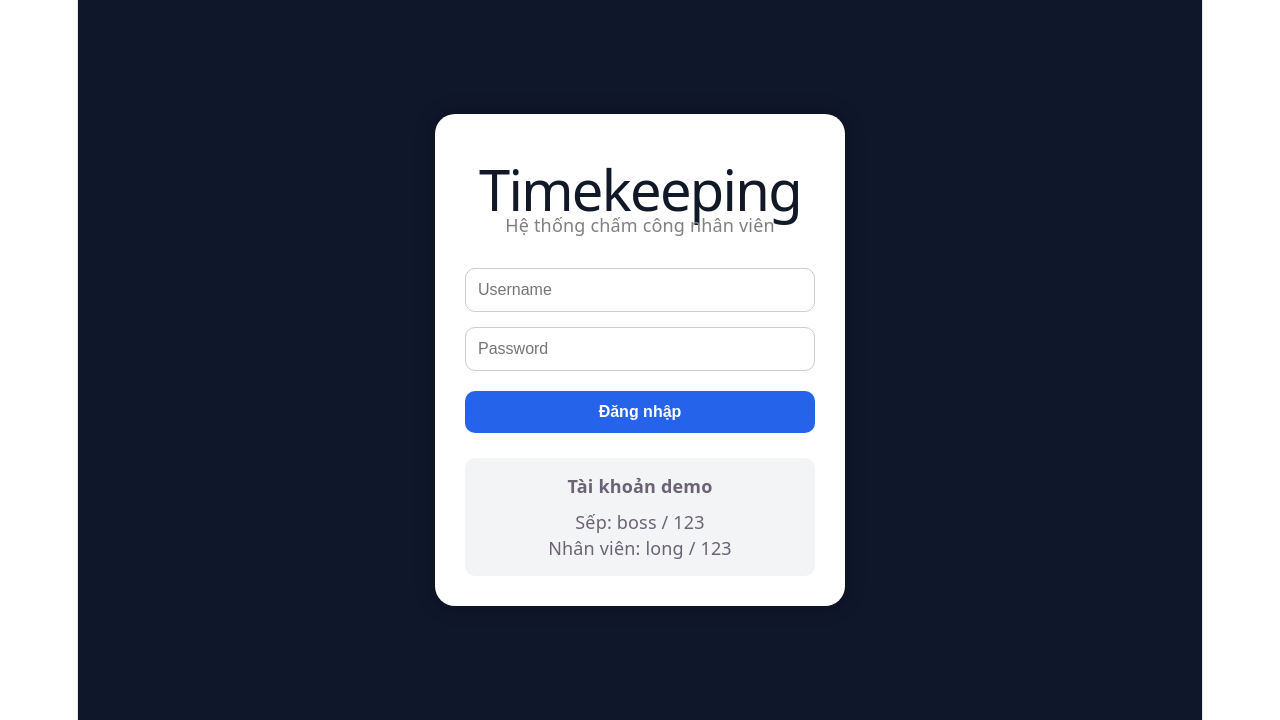
Repository: lgitacc01/timekeeping
Page: / (app in frontend/)
An editor plug-in stored every save of this project. The page is shown before and after the next save, followed by the edit.
The browser window is 1280 px wide. The pictures show the whole page.
The project was rebuilt for these pictures with package versions that can differ from the ones it lists, and the page was loaded fresh each time. Also part of the build but not shown: frontend/vite.config.js, frontend/src/pages/EmployeeDashboard.jsx, frontend/src/pages/ManagerDashboard.jsx.

Above is the page before, as saved 2026-05-25 22:28:54.

### frontend/src/index.css
:root {
  --text: #6b6375;
  --text-h: #08060d;
  --bg: #fff;
  --border: #e5e4e7;
  --code-bg: #f4f3ec;
  --accent: #aa3bff;
  --accent-bg: rgba(170, 59, 255, 0.1);
  --accent-border: rgba(170, 59, 255, 0.5);
  --social-bg: rgba(244, 243, 236, 0.5);
  --shadow:
    rgba(0, 0, 0, 0.1) 0 10px 15px -3px, rgba(0, 0, 0, 0.05) 0 4px 6px -2px;

  --sans: system-ui, 'Segoe UI', Roboto, sans-serif;
  --heading: system-ui, 'Segoe UI', Roboto, sans-serif;
  --mono: ui-monospace, Consolas, monospace;

  font: 18px/145% var(--sans);
  letter-spacing: 0.18px;
  color-scheme: light dark;
  color: var(--text);
  background: var(--bg);
  font-synthesis: none;
  text-rendering: optimizeLegibility;
  -webkit-font-smoothing: antialiased;
  -moz-osx-font-smoothing: grayscale;

  @media (max-width: 1024px) {
    font-size: 16px;
  }
}

@media (prefers-color-scheme: dark) {
  :root {
    --text: #9ca3af;
    --text-h: #f3f4f6;
    --bg: #16171d;
    --border: #2e303a;
    --code-bg: #1f2028;
    --accent: #c084fc;
    --accent-bg: rgba(192, 132, 252, 0.15);
    --accent-border: rgba(192, 132, 252, 0.5);
    --social-bg: rgba(47, 48, 58, 0.5);
    --shadow:
      rgba(0, 0, 0, 0.4) 0 10px 15px -3px, rgba(0, 0, 0, 0.25) 0 4px 6px -2px;
  }

  #social .button-icon {
    filter: invert(1) brightness(2);
  }
}

body {
  margin: 0;
}

#root {
  width: 1126px;
  max-width: 100%;
  margin: 0 auto;
  text-align: center;
  border-inline: 1px solid var(--border);
  min-height: 100svh;
  display: flex;
  flex-direction: column;
  box-sizing: border-box;
}

h1,
h2 {
  font-family: var(--heading);
  font-weight: 500;
  color: var(--text-h);
}

h1 {
  font-size: 56px;
  letter-spacing: -1.68px;
  margin: 32px 0;
  @media (max-width: 1024px) {
    font-size: 36px;
    margin: 20px 0;
  }
}
h2 {
  font-size: 24px;
  line-height: 118%;
  letter-spacing: -0.24px;
  margin: 0 0 8px;
  @media (max-width: 1024px) {
    font-size: 20px;
  }
}
p {
  margin: 0;
}

code,
.counter {
  font-family: var(--mono);
  display: inline-flex;
  border-radius: 4px;
  color: var(--text-h);
}

code {
  font-size: 15px;
  line-height: 135%;
  padding: 4px 8px;
  background: var(--code-bg);
}

### frontend/src/App.jsx
import { BrowserRouter, Routes, Route } from "react-router-dom"

import Login from "./pages/Login"
import EmployeeDashboard from "./pages/EmployeeDashboard"
import ManagerDashboard from "./pages/ManagerDashboard"

function App() {

  return (
    <BrowserRouter>

      <Routes>

        <Route
          path="/"
          element={<Login />}
        />

        <Route
          path="/employee"
          element={<EmployeeDashboard />}
        />

        <Route
          path="/manager"
          element={<ManagerDashboard />}
        />

      </Routes>

    </BrowserRouter>
  )
}

export default App

### frontend/src/pages/Login.jsx
import { useState } from "react"

import axios from "axios"

import { useNavigate } from "react-router-dom"

function Login() {

    const navigate = useNavigate()

    const [username, setUsername] = useState("")
    const [password, setPassword] = useState("")

    const handleLogin = async () => {

        try {

            const res = await axios.post(
                "http://localhost:5000/login",
                {
                    username,
                    password
                }
            )

            localStorage.setItem(
                "user",
                JSON.stringify(res.data.user)
            )

            if (res.data.user.role === "manager") {
                navigate("/manager")
            }
            else {
                navigate("/employee")
            }

        }
        catch (err) {
            alert(err.response.data.message)
        }
    }

    return (

        <div
            style={{
                minHeight: "100vh",
                display: "flex",
                justifyContent: "center",
                alignItems: "center",
                background: "#0f172a"
            }}
        >

            <div
                style={{
                    width: 350,
                    background: "white",
                    padding: 30,
                    borderRadius: 20,
                    boxShadow: "0px 0px 20px rgba(0,0,0,0.3)"
                }}
            >

                <h1
                    style={{
                        textAlign: "center",
                        marginBottom: 10,
                        color: "#111827"
                    }}
                >
                    Timekeeping
                </h1>

                <p
                    style={{
                        textAlign: "center",
                        color: "gray",
                        marginBottom: 30
                    }}
                >
                    Hệ thống chấm công nhân viên
                </p>

                <input
                    placeholder="Username"
                    value={username}
                    onChange={(e) => setUsername(e.target.value)}
                    style={{
                        width: "100%",
                        padding: 12,
                        marginBottom: 15,
                        borderRadius: 10,
                        border: "1px solid #ccc",
                        fontSize: 16,
                        boxSizing: "border-box"
                    }}
                />

                <input
                    type="password"
                    placeholder="Password"
                    value={password}
                    onChange={(e) => setPassword(e.target.value)}
                    style={{
                        width: "100%",
                        padding: 12,
                        marginBottom: 20,
                        borderRadius: 10,
                        border: "1px solid #ccc",
                        fontSize: 16,
                        boxSizing: "border-box"
                    }}
                />

                <button
                    onClick={handleLogin}
                    style={{
                        width: "100%",
                        padding: 12,
                        background: "#2563eb",
                        color: "white",
                        border: "none",
                        borderRadius: 10,
                        fontSize: 16,
                        cursor: "pointer",
                        fontWeight: "bold"
                    }}
                >
                    Đăng nhập
                </button>

                <div
                    style={{
                        marginTop: 25,
                        background: "#f3f4f6",
                        padding: 15,
                        borderRadius: 10
                    }}
                >

                    <p
                        style={{
                            margin: 0,
                            fontWeight: "bold",
                            marginBottom: 10
                        }}
                    >
                        Tài khoản demo
                    </p>

                    <p style={{ margin: 0 }}>
                        Sếp: boss / 123
                    </p>

                    <p style={{ margin: 0 }}>
                        Nhân viên: long / 123
                    </p>

                </div>

            </div>

        </div>
    )
}

export default Login

Loaded but not shown: frontend/src/main.jsx (common file)

After the next save:
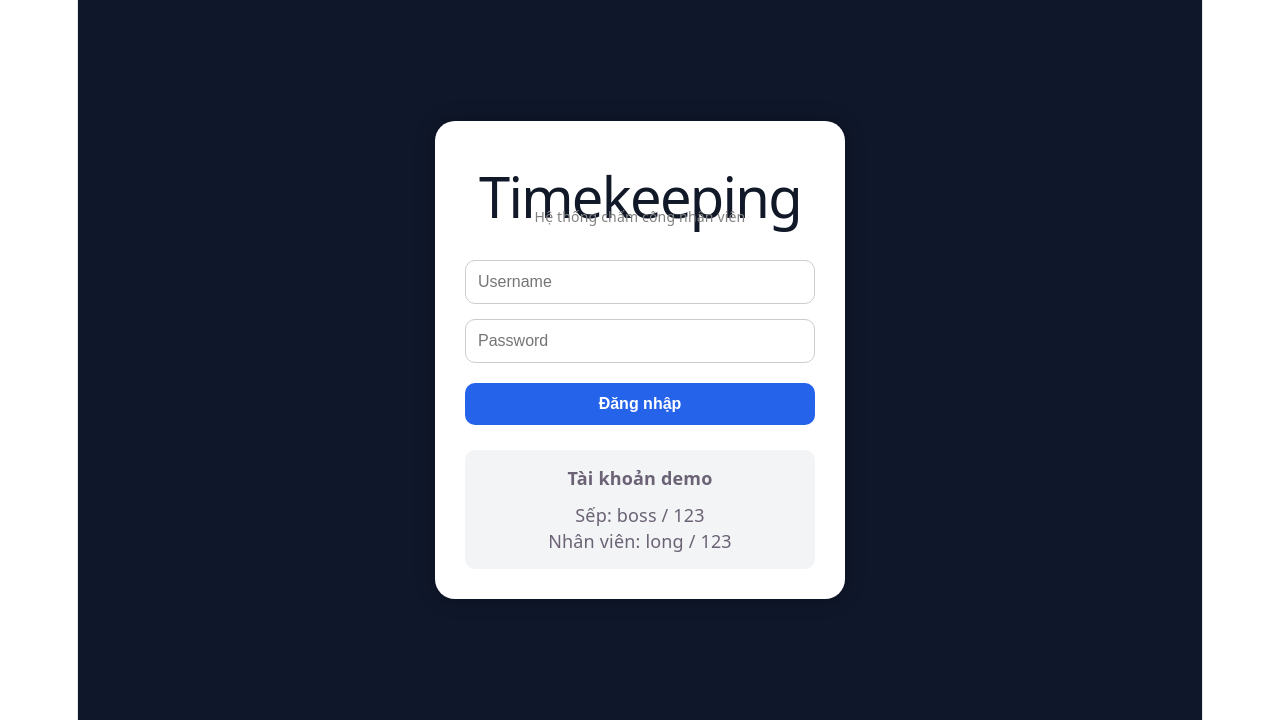
Saved 76 s later.
--- a/frontend/src/pages/Login.jsx
+++ b/frontend/src/pages/Login.jsx
@@ -66,7 +66,7 @@ function Login() {
                 <h1
                     style={{
                         textAlign: "center",
-                        marginBottom: 10,
+                        marginBottom: 0,
                         color: "#111827"
                     }}
                 >
@@ -77,7 +77,9 @@ function Login() {
                     style={{
                         textAlign: "center",
                         color: "gray",
-                        marginBottom: 30
+                        marginTop: -5,
+                        marginBottom: 30,
+                        fontSize: 14
                     }}
                 >
                     Hệ thống chấm công nhân viên
